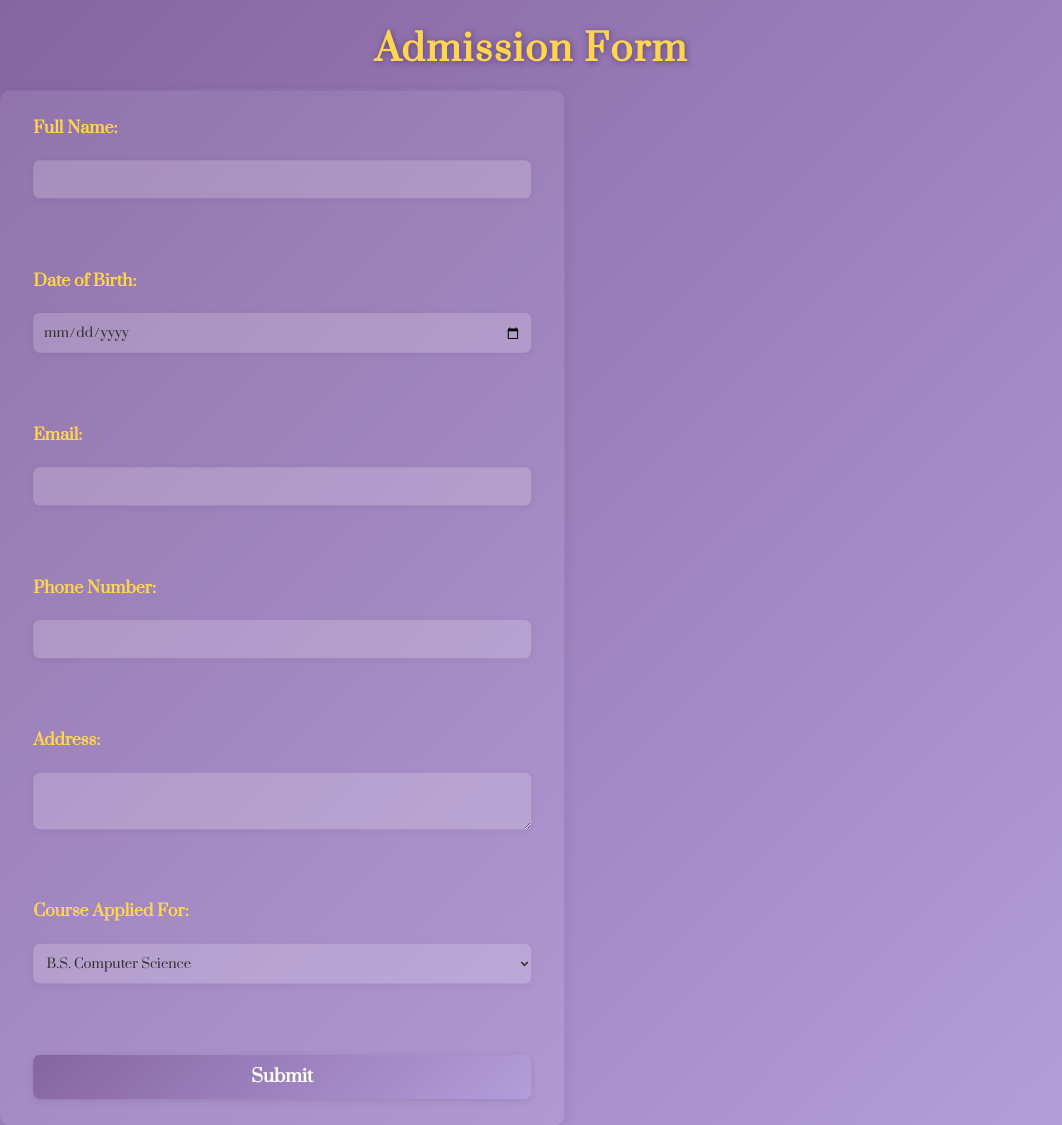
Repository: moinakhere/kelani_university
Page: admission.html
These files come from the project's save history. The page is drawn as it stood at one moment and after the next save; the edit follows.
The browser window is 1280 px wide. The pictures show the whole page, at 83% of full size.

Above is the page before, as saved 2025-08-04 21:25:47.

### admission.html
<!DOCTYPE html>
<html>
<head>
    <meta charset="UTF-8">
    <meta name="viewport" content="width=device-width, initial-scale=1.0">
    <link rel="stylesheet" href="css/comppage.css">
</head>
<body class="form-body">
    <h1 class="form-head">Admission Form</h1>
    <form class="form">
        <label for="fullname">Full Name:</label>
        <input type="text" id="fullname" name="fullname" required><br><br>

        <label for="dob">Date of Birth:</label>
        <input type="date" id="dob" name="dob" required><br><br>

        <label for="email">Email:</label>
        <input type="email" id="email" name="email" required><br><br>

        <label for="phone">Phone Number:</label>
        <input type="tel" id="phone" name="phone" required><br><br>

        <label for="address">Address:</label>
        <textarea id="address" name="address" required></textarea><br><br>

        <label for="course">Course Applied For:</label>
        <select>
            <option value="compsc">B.S. Computer Science</option>
            <option value="math">B.S. Mathematics</option>
            <option value="bot">B.S. Botany</option>
            <option value="zoo">B.S. Zoology</option>
            <option value="phy">B.S. Physics</option>
            <option value="chem">B.S. Chemistry</option>
            <option value="stat">B.S. Statistics</option>
        </select><br><br>

        <input type="submit" value="Submit">
    </form>
</body>
</html>

### css/comppage.css
@import url('https://fonts.googleapis.com/css2?family=Courier+Prime:ital,wght@0,400;0,700;1,400;1,700&display=swap');
@import url('https://fonts.googleapis.com/css2?family=Courier+Prime:ital,wght@0,400;0,700;1,400;1,700&family=Prata&display=swap');
/*
Comp Pages CSS
*/
body {
    background: linear-gradient(135deg, #8665A1 0%, #B39DDB 100%);
    color: #fff;
    font-family: 'Courier Prime', monospace;
    margin: 0;
    padding: 0;
    height: 100%;
}

.container {
    max-width: 800px;
    margin: 40px auto;
    background: /*rgba(40, 20, 60, 0.85);*/ rgba(4, 207, 190, 0.9);
    border-radius: 18px;
    box-shadow: 0 8px 32px rgba(60, 40, 90, 0.25);
    padding: 40px 32px;
}

h1 {
    font-size: 5em;
    margin-bottom: 0.5em;
    letter-spacing: 2px;
    text-align: center;
    color: #FFD54F;
    text-shadow: 1px 2px 8px #5e437a;
}

p {
    font-size: 1.5em;
    line-height: 1.25;
    margin-bottom: 1.2em;
}

li {
    font-size: 1.5em;
    line-height: 1.25;
    margin-bottom: 1.2em;
}

@media (max-width: 600px) {
    .container {
        padding: 18px 8px;
    }

    h1 {
        font-size: 2em;
    }

    p {
        font-size: 1em;
    }
}
/*
Admission Form CSS
*/
.form {
    display: flex;
    flex-direction: column;
    gap: 20px;
    background: rgba(255,255,255,0.08);
    padding: 32px 40px;
    max-width: 600px;
    border-radius: 12px;
    box-shadow: 0 4px 16px rgba(60, 40, 90, 0.12);
}

.form label {
    font-size: 1.1em;
    color: #FFD54F;
    margin-bottom: 6px;
    font-weight: bold;
}

.form input,
.form textarea,
.form select {
    padding: 12px;
    border-radius: 8px;
    border: none;
    font-size: 0.9em;
    font-family: inherit;
    background: rgba(255,255,255,0.18);
    color: #333;
    transition: background 0.2s, box-shadow 0.2s;
    box-shadow: 0 2px 8px rgba(60, 40, 90, 0.08);
}

.form input:focus,
.form textarea:focus,
.form select:focus {
    background: #fff;
    outline: none;
    box-shadow: 0 0 0 2px #8665A1;
}

.form button,
.form input[type="submit"] {
    padding: 12px 24px;
    border-radius: 8px;
    border: none;
    background: linear-gradient(135deg, #8665A1 0%, #B39DDB 100%);
    color: #fff;
    font-size: 1.2em;
    font-weight: bold;
    cursor: pointer;
    transition: background 0.2s, box-shadow 0.2s;
    box-shadow: 0 2px 8px rgba(60, 40, 90, 0.15);
}

.form button:hover,
.form input[type="submit"]:hover {
    background: linear-gradient(135deg, #B39DDB 0%, #8665A1 100%);
    box-shadow: 0 4px 16px rgba(60, 40, 90, 0.18);
}
.form-body {
    background: linear-gradient(135deg, #8665A1 0%, #B39DDB 100%);
    color: #fff;
    font-family: "Prata",serif;
    font-size: 1.1em;
    margin: 0;
    padding: 0;
    height: 100%;
}
.form-head {
    text-align: center;
    font-size: 2.5em;
    margin-bottom: 20px;
    color: #FFD54F;
    text-shadow: 1px 2px 8px #5e437a;
}

After the next save:
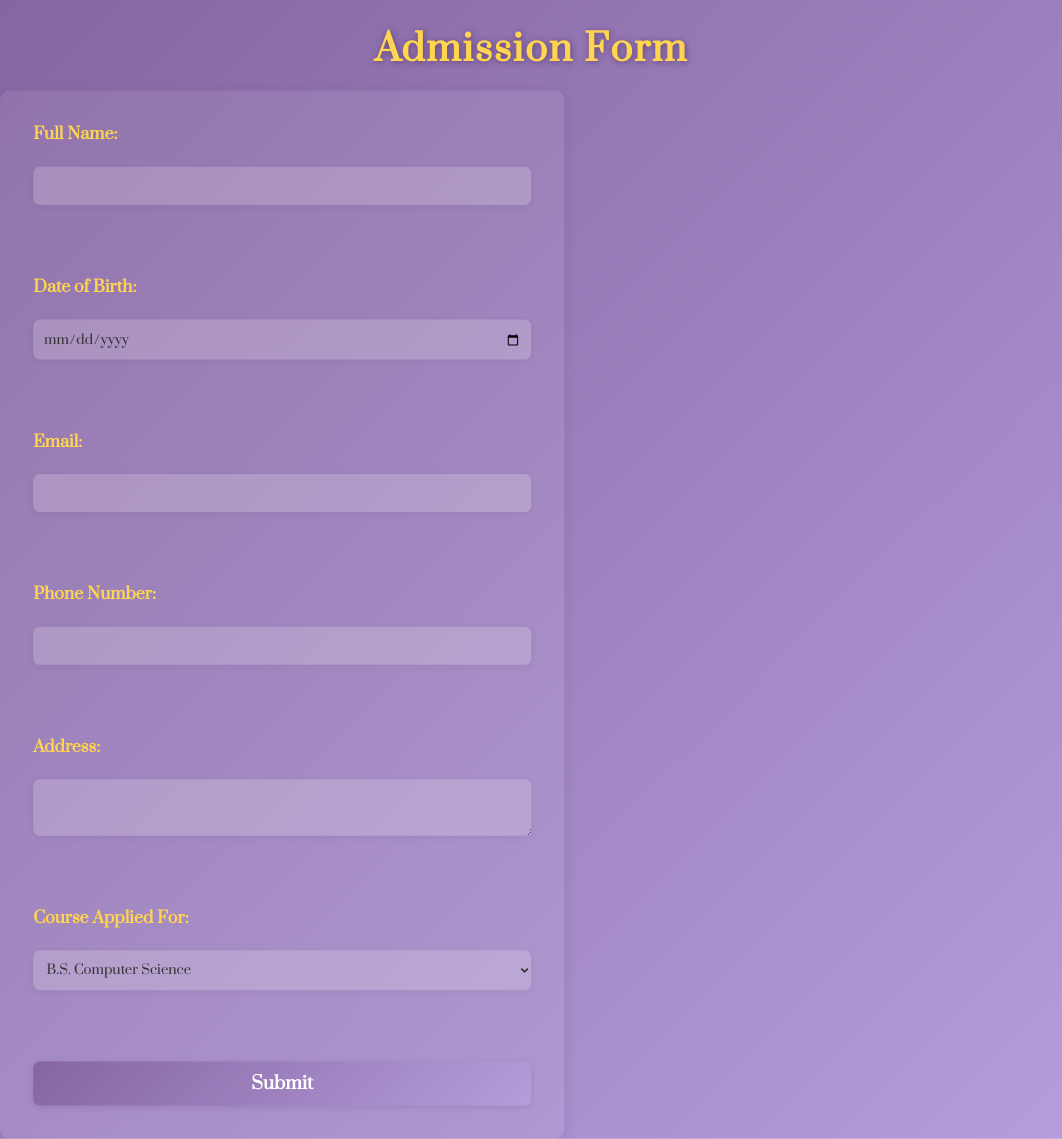
Saved 7 min 6 s later.
--- a/css/comppage.css
+++ b/css/comppage.css
@@ -15,7 +15,7 @@ body {
 .container {
     max-width: 800px;
     margin: 40px auto;
-    background: /*rgba(40, 20, 60, 0.85);*/ rgba(4, 207, 190, 0.9);
+    background: rgba(4, 207, 190, 0.9);
     border-radius: 18px;
     box-shadow: 0 8px 32px rgba(60, 40, 90, 0.25);
     padding: 40px 32px;
@@ -63,10 +63,10 @@ Admission Form CSS
     flex-direction: column;
     gap: 20px;
     background: rgba(255,255,255,0.08);
-    padding: 32px 40px;
     max-width: 600px;
     border-radius: 12px;
     box-shadow: 0 4px 16px rgba(60, 40, 90, 0.12);
+    padding: 40px 40px;
 }
 
 .form label {
